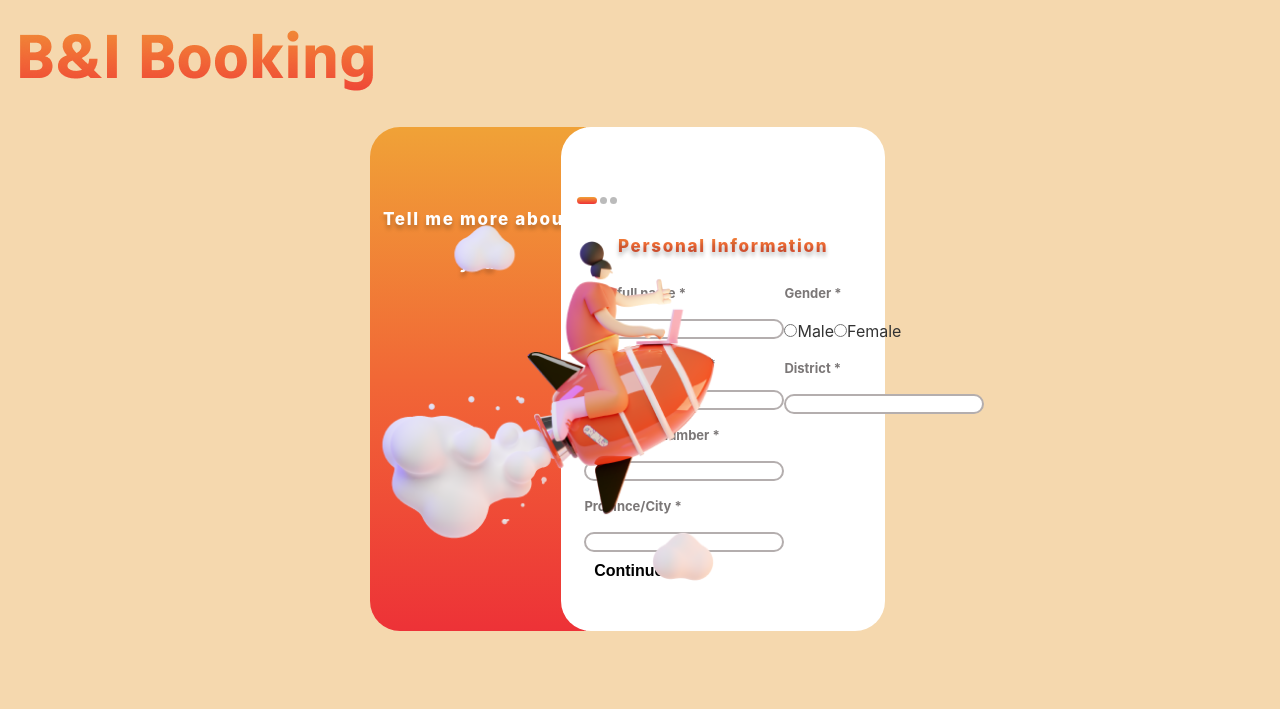
Repository: Grand-Line-PNV/FE-BIBooking
Page: /
An editor plug-in stored every save of this project. The page is shown before and after a run of saves, followed by the edit.
The browser window is 1280 px wide. The pictures show the whole page.
The project was rebuilt for these pictures with package versions that can differ from the ones it lists, and the page was loaded fresh each time. Also part of the build but not shown: src/App.css.

Above is the page before, as saved 2023-02-06 11:00:17.

### public/index.html
<!DOCTYPE html>
<html lang="en">

<head>
  <meta charset="utf-8" />
  <link rel="icon" href="%PUBLIC_URL%/logoBIBooking.png" />
  <meta name="viewport" content="width=device-width, initial-scale=1" />
  <meta name="theme-color" content="#000000" />
  <meta name="description" content="Web site created using create-react-app" />
  <link rel="apple-touch-icon" href="%PUBLIC_URL%/logoBIBooking.png" />
  <!--
      manifest.json provides metadata used when your web app is installed on a
      user's mobile device or desktop. See https://developers.google.com/web/fundamentals/web-app-manifest/
    -->
  <link rel="manifest" href="%PUBLIC_URL%/manifest.json" />
  <!--
      Notice the use of %PUBLIC_URL% in the tags above.
      It will be replaced with the URL of the `public` folder during the build.
      Only files inside the `public` folder can be referenced from the HTML.

      Unlike "/favicon.ico" or "favicon.ico", "%PUBLIC_URL%/favicon.ico" will
      work correctly both with client-side routing and a non-root public URL.
      Learn how to configure a non-root public URL by running `npm run build`.
    -->
  <title>B&IBooking</title>
</head>

<body>
  <noscript>You need to enable JavaScript to run this app.</noscript>
  <div id="root"></div>
  <!--
      This HTML file is a template.
      If you open it directly in the browser, you will see an empty page.

      You can add webfonts, meta tags, or analytics to this file.
      The build step will place the bundled scripts into the <body> tag.

      To begin the development, run `npm start` or `yarn start`.
      To create a production bundle, use `npm run build` or `yarn build`.
    -->
</body>

</html>

### src/App.js
import "./App.css";
import { Provider } from "react-redux";
import store from "./redux";
import { faChevronLeft } from "@fortawesome/free-solid-svg-icons";
import { FontAwesomeIcon } from "@fortawesome/react-fontawesome";
import classNames from "classnames/bind";
import Button from "./components/Button/Button";
import PersonalInformation from "../src/view/pages/Influencers/PersonalInformation/index";

const cx = classNames.bind();

function App() {
  return (
    <Provider store={store}>
      <PersonalInformation />
    </Provider>
  );
}

export default App;

### src/styles/GlobalStyles.js
import "./GlobalStyles.scss";

function GlobalStyles({ children }) {
  return children;
}
export default GlobalStyles;

### src/redux/index.js
import { configureStore } from "@reduxjs/toolkit";

const store = configureStore({
	reducer: {
	},
});

export default store;

### src/components/Button/Button.js
import classNames from "classnames/bind"
import { Link } from "react-router-dom";
import styles from './Button.module.scss'

const cx = classNames.bind(styles)

function Button({
    children,
    small=false,
    large=false,
    primary = false,
    outline = false,
    rounded= false,
    text = false,
    disabled = false,
    to, href,className,leftIcon,rightIcon, onClick, ...passProps}) {
    let Comp = 'button';
    const props = {
        onClick,
        ...passProps
    }
    //Remove event listener when btn is disabled

    if(disabled) {
        Object.keys(props).forEach(key =>{
            if(key.startsWith('on') && typeof props[key] === 'function'){
                delete props[key];
            }
        })
    }
    if(to){
        props.to = to
        Comp = Link
    }else if(href){
        props.href = href
        Comp = 'a'
    }
    const classes = cx('wrapper',{
        [className]:className,
        primary,
        outline,
        rounded,
        small,
        large,
        text,
        disabled
    })
    return (
        <Comp className={classes} {...props}>
            {leftIcon && <span className={cx('icon')}>{leftIcon}</span>}
            <span className={cx('title')}>{children}</span>
            {rightIcon && <span className={cx('icon')}>{rightIcon}</span>}

        </Comp>
    )
}

export default Button;

### src/view/pages/Influencers/PersonalInformation/index.js
import React from "react";
import classNames from "classnames/bind";
import styles from "./PersonalInformation.module.scss";
import { Logo, Saly1 } from "../../../../assets/images";
import Button from "../../../../components/Button/Button";

const cx = classNames.bind(styles);

export default function PersonalInformation() {
  return (
    <>
      <div>
        <div className={cx("personalInfor")}>
          <img
            style={{ objectFit: "cover", padding: "30px 20px" }}
            src={Logo}
            alt="LogoB&IBooking"
          />
          <div className={cx("container")}>
            <div className={cx("personalInfor-container")}>
              <div className={cx("block-left")}>
                <p className={cx("personalInfor-title")}>
                  Tell me more about you
                </p>
                <img className={cx("saly1-img")} src={Saly1} alt="Saly1" />
              </div>
              <div className={cx("block-right")}>
                <div className={cx("block-container")}>
                  <div className={cx("dots")}>
                    <span className={cx("dot", "active")}></span>
                    <span className={cx("dot")}></span>
                    <span className={cx("dot")}></span>
                  </div>
                  <div className={cx("information")}>
                    <p className={cx("information-title")}>
                      Personal Information
                    </p>
                    <form className={cx("form")}>
                      <div className={cx("form-control-left")}>
                        <div className={cx("form-group")}>
                          <label className={cx("form-label")}>Your full name *</label>
                          <input className={cx("form-input")} type="email" required />
                        </div>
                        <div className={cx("form-group")}>
                          <label className={cx("form-label")}>Your address email *</label>
                          <input className={cx("form-input")} type="email" required />
                        </div>
                        <div className={cx("form-group")}>
                          <label className={cx("form-label")}>Your phone number *</label>
                          <input className={cx("form-input")} type="email" required />
                        </div>
                        <div className={cx("form-group")}>
                          <label className={cx("form-label")}>Province/City *</label>
                          <input className={cx("form-input")} type="email" required />
                        </div>
                      </div>
                      <div className={cx("form-control-right")}>
                        <div className={cx("form-group")}>
                          <label className={cx("form-label")}>Gender *</label>
                          <div className={cx("input-radio")}>
                            <input type="radio" required />
                            <label>Male</label>
                            <input type="radio" required />
                            <label>Female</label>
                          </div>
                        </div>
                        <div className={cx("form-group")}>
                          <label className={cx("form-label")}>District *</label>
                          <input className={cx("form-input")} type="email" required />
                        </div>
                      </div>
                    </form>
                    <Button>Continue</Button>
                  </div>
                </div>
              </div>
            </div>
          </div>
        </div>
      </div>
    </>
  );
}

### src/styles/GlobalStyles.scss
:root{
    --white:  rgba(255, 255, 255, 1.0);
    --primary: #fe2c55;
    --black: #000;
    --text-color: #333;
}
*{
    margin: 0;
    padding: 0;
    box-sizing: border-box;
}
html{
    font-size:62.5%;
}
body{
    text-rendering: optimizeSpeed;
    font-family: 'ProximaNova', sans-serif;
    font-size: 1.6rem;
    line-height: 1.5;
    color: var(--text-color)
}
button, input,[tabindex]{
    outline: none;
    border: none;
}
a[href]{
    color: var(--text-color);
    text-decoration: none
}

### src/components/Button/Button.module.scss
.wrapper{
    display: inline-flex;
    align-items: center;
    justify-content: center;
    font-size: 1.6rem;
    font-weight:700;
    font-family: 'ProximaNova', sans-serif;
    min-width: 100px;
    padding: 9px 16px;
    border-radius: 4px;
    cursor: pointer;
    background-color: var(--white);
    border: 1px solid transparent;
    user-select: none;

    + .wrapper{
        margin-left:8px;
    }
    &.disabled{
        pointer-events: none;
        opacity: 0.6;
    }
}
//Button types
.rounded{
    border-radius:999px;
    border-width: 1px;
    border-style: solid;
    box-shadow: 0 2px 8px rgb(0 0 0 / 6%);
    border-color: rgba(22, 24, 35, 0.12);

    &:hover{
        border-color: rgba(22, 24, 35, 0.2);
        background-color: rgba(22, 24, 35, 0.03);
    }
}

.primary{
    color: var(--white);
    background-color: var(--primary);
    border-color: var(--primary);
    &:hover{
        border-color: var(--primary);
        background: linear-gradient(0deg, rgba(0, 0, 0, 0.06), rgba(0, 0, 0, 0.06)),#FE2C55;
    }
}
.outline{
    color: var(--primary);
    border-color: currentColor;
    &:hover{
        border-color: currentColor;
        background-color: rgba(254, 44, 85, 0.06);
    }
}
.text{
    &:hover{
        text-decoration: underline;
    }
}
//Disabled

// Button sizes
.small{
    min-width: 88px;
    padding: 4px 16px;
}
.large{
    padding: 14px 16px;
    min-width: 140px;
}
.icon + .title, .title + .icon{
    margin-left: 8px;
}
.icon{
    display: inline-block;
    width: 24px;
    text-align: center;
}

### src/view/pages/Influencers/PersonalInformation/PersonalInformation.module.scss
:root {
  // color
  --Wheat-color: #f5d8ae;
  --SonicSilver-color: #7b7777;
  --Linear-orange-color: linear-gradient(
    180deg,
    #f0a237 0%,
    #f16736 50.31%,
    #ed3237 100%
  );
  --Inter-font-family: "Inter", sans-serif;
}
.personalInfor {
  width: 100%;
  height: 100vh;
  background-color: var(--Wheat-color);
  font-family: var(--Inter-font-family);
  & .container {
    width: 65%;
    // height: 50vh;
    // background-color: white;
    margin: 0 auto;
    border-radius: 20px;
    & .personalInfor-container {
        width: 65%;
        margin: 0 auto;
      height: 70vh;
      display: flex;
      position: relative;
      & .block-left {
        width: 40%;
        background: var(--Linear-orange-color);
        text-align: center;
        border-top-left-radius: 30px;
        border-bottom-left-radius: 30px;
        & .personalInfor-title {
          padding-top: 70px;
          font-style: normal;
          font-weight: 800;
          font-size: 17px;
          line-height: 44px;
          letter-spacing: 0.1em;
          color: #ffffff;
          text-shadow: 0px 4px 4px rgba(0, 0, 0, 0.25);
        }
        & .saly1-img {
          width: 42rem;
          object-fit: cover;
          position: absolute;
          z-index: 1;
          bottom: 0;
          left: 0;
          transform: translateX(-75px);
        }
      }
      & .block-right {
        width: 60%;
        background-color: white;
        border-radius: 30px;
        transform: translateX(-25px);
        & .block-container {
          width: 90%;
          height: 65vh;
          margin: 0 auto;
          margin-top: 70px;
          position: relative;
          & .dots {
            display: flex;
            gap: 3px;
            & .dot {
              height: 7px;
              width: 7px;
              background-color: #bbb;
              border-radius: 100rem;
            }
            & .active {
              background: var(--Linear-orange-color);
              width: 20px;
            }
          }
          & .information {
            // position: relative;
            // z-index: 100;
            & .information-title {
              margin-top: 20px;
              background: linear-gradient(
                180deg,
                #f0a237 0%,
                #f16736 50.83%,
                #ed3237 100%
              );
              background-clip: text;
              color: transparent;
              font-style: normal;
              font-weight: 800;
              font-size: 17px;
              line-height: 44px;
              letter-spacing: 0.1em;
              text-shadow: 0px 4px 4px rgba(0, 0, 0, 0.25);
              text-align: center;
            }
            & .form {
              display: flex;
              //   background-color: red;
              width: 95%;
              margin: 0 auto;
              justify-content: space-between;
              & .form-control-left {
              }
              & .form-group {
                display: flex;
                flex-direction: column;
                & .form-label {
                  color: var(--SonicSilver-color);
                  font-style: normal;
                  font-weight: 700;
                  font-size: 13px;
                  line-height: 51px;
                }
                & .form-input {
                  background: #ffffff;
                  border: 2px solid #b4aeae;
                  border-radius: 99px;
                  width: 200px;
                  height: 20px;
                  font-size: 20px;
                  text-align: center;
                }
              }
            }
          }
        }
      }
    }
  }
}

### src/assets/images/index.js
import Logo from "./LogoB&IBooking.png";
import Saly1 from "./Saly1.png";

export { Logo, Saly1 };

Loaded but not shown: src/index.js (common file); src/index.css (common file); src/reportWebVitals.js (common file)

After the next 2 saves:
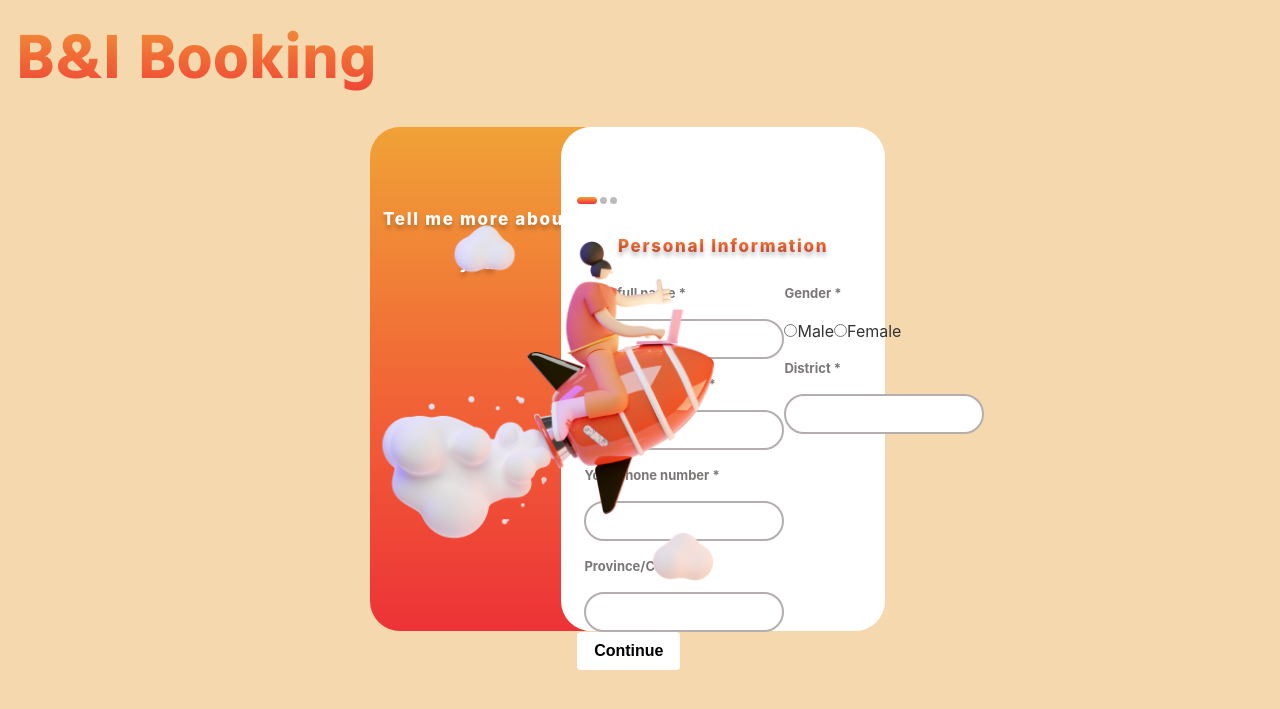
The 2 saves are shown as one change because they came seconds apart.
The last was saved 8 s later.
--- a/src/view/pages/Influencers/PersonalInformation/PersonalInformation.module.scss
+++ b/src/view/pages/Influencers/PersonalInformation/PersonalInformation.module.scss
@@ -122,7 +122,7 @@
                   border: 2px solid #b4aeae;
                   border-radius: 99px;
                   width: 200px;
-                  height: 20px;
+                  height: 40px;
                   font-size: 20px;
                   text-align: center;
                 }
